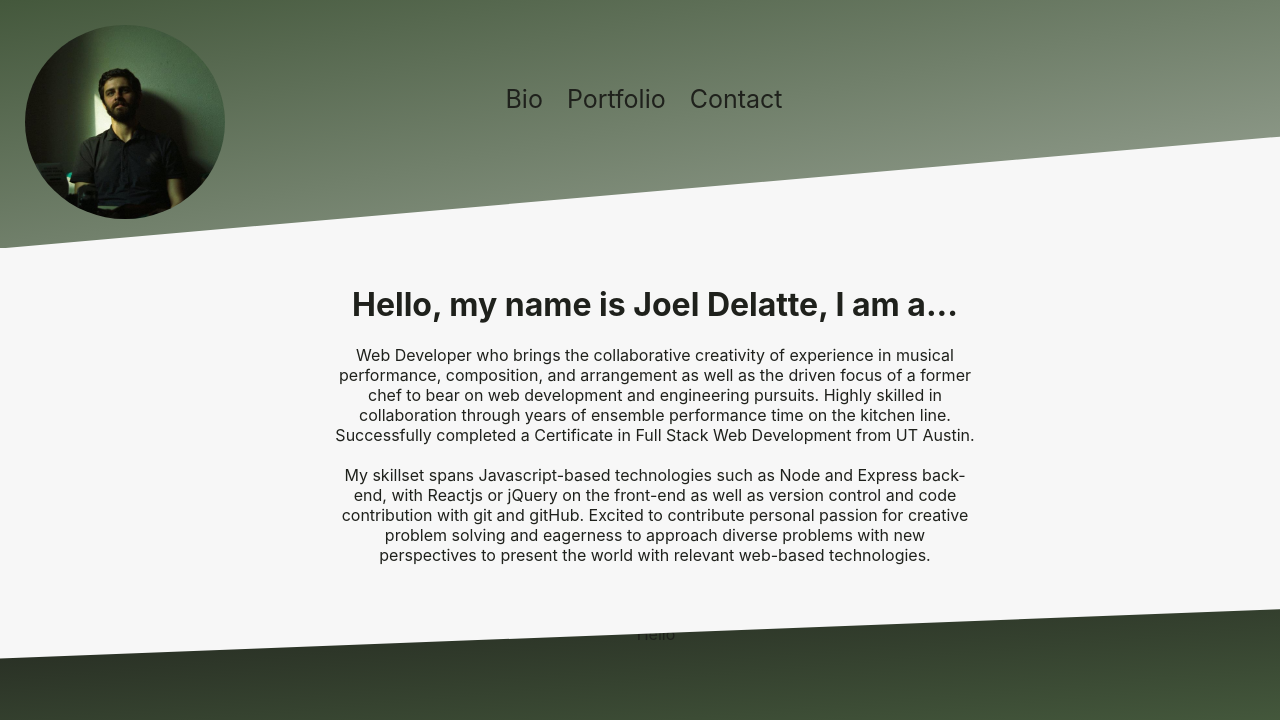
Repository: joeldelatte/react-portfolio
Page: / (app in client/)
An editor plug-in stored every save of this project. The page is shown before and after the next save, followed by the edit.
The browser window is 1280 px wide. The pictures show the whole page.
The project was rebuilt for these pictures with package versions that can differ from the ones it lists, and the page was loaded fresh each time. Also part of the build but not shown: client/src/App.css, client/src/Components/Contact/Contact.js, client/src/Components/Portfolio/portfolio.css, client/src/Components/Portfolio/Portfolio.js.

Above is the page before, as saved 2020-07-08 21:47:29.

After the next save:
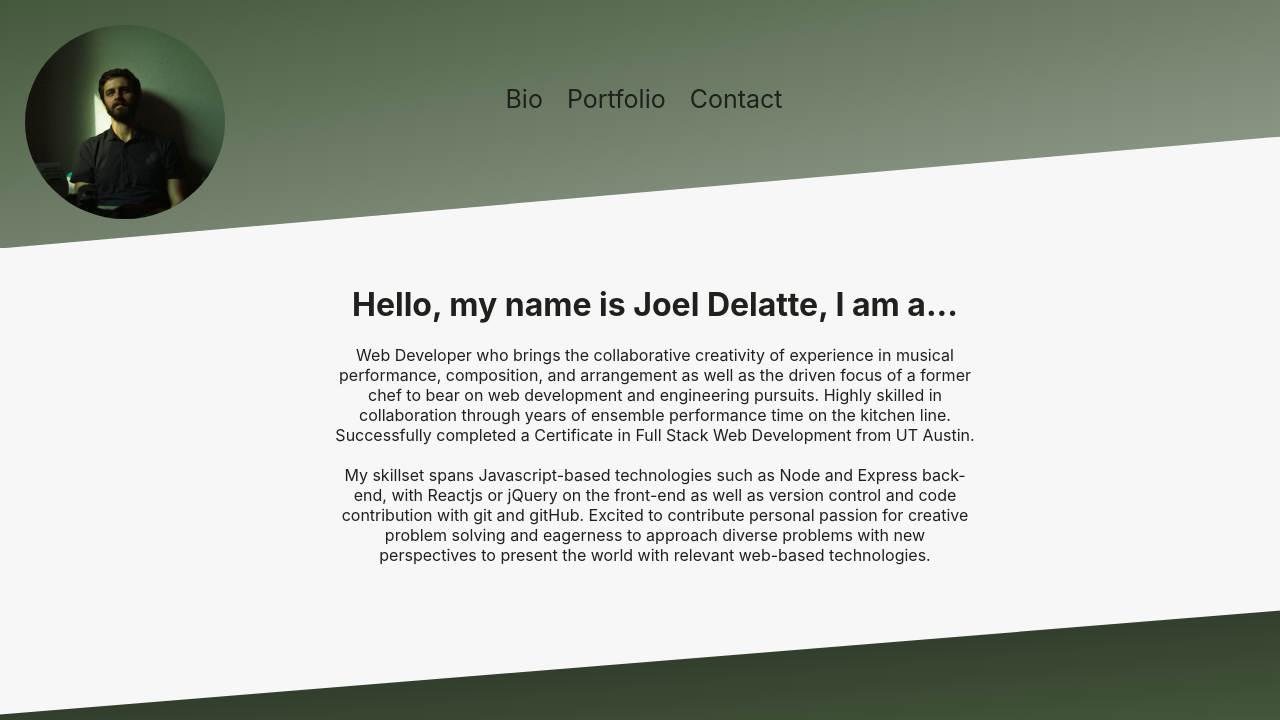
Saved 10 s later.
--- a/client/src/Page/Page.css
+++ b/client/src/Page/Page.css
@@ -45,7 +45,7 @@
   background-color: rgb(68,88,60);
   background-image: linear-gradient(to right bottom, rgba(31,33,28, 0.901), rgba(68,88,60, 0.601));
   -webkit-clip-path: polygon(0 85%, 100% 0, 100% 100%, 0 100%);
-  clip-path: polygon(0 45%, 100% 0, 100% 100%, 0 100%);
+  clip-path: polygon(0 95%, 100% 0, 100% 100%, 0 100%);
   position: fixed;
   left: 0;
   bottom: 0;
